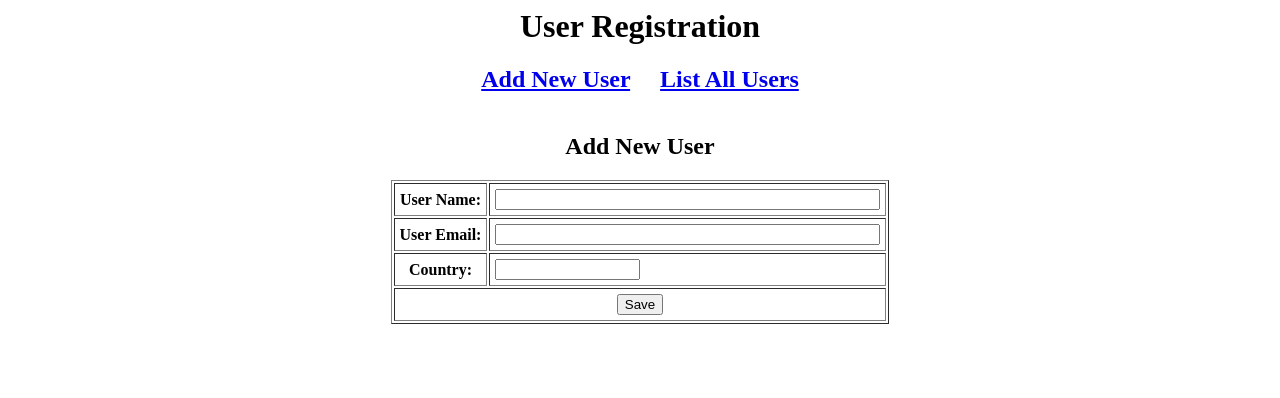
Repository: Malli120391/servlet-tutorial-master
Page: http://localhost/user-registration-example/new
These files come from the project's save history. The page is drawn as it stood at one moment and after the next save; the edit follows.
The browser window is 1280 px wide. The pictures show the whole page.
The page is served by Tomcat 9. Other server files are loaded and not shown.

Above is the page before, as saved 2020-08-23 04:44:50.

### user-registration-example/WebContent/user-form.jsp
<%@ page language="java" contentType="text/html; charset=UTF-8"
    pageEncoding="UTF-8"%>
<%@ taglib uri="http://java.sun.com/jsp/jstl/core" prefix="c" %>
<html>
<head>
	<title>User Registration Application</title>
</head>
<body>
	<center>
		<h1>User Registration</h1>
        <h2>
        	<a href="new">Add New User</a>
        	&nbsp;&nbsp;&nbsp;
        	<a href="list">List All Users</a>

        </h2>
	</center>
    <div align="center">
		<c:if test="${user != null}">
			<form action="update" method="post">
        </c:if>
        <c:if test="${user == null}">
			<form action="insert" method="post">
        </c:if>
        <table border="1" cellpadding="5">
            <caption>
            	<h2>
            		<c:if test="${user != null}">
            			Edit User
            		</c:if>
            		<c:if test="${user == null}">
            			Add New User
            		</c:if>
            	</h2>
            </caption>
        		<c:if test="${user != null}">
        			<input type="hidden" name="id" value="<c:out value='${user.id}' />" />
        		</c:if>
            <tr>
                <th>User Name: </th>
                <td>
                	<input type="text" name="name" size="45"
                			value="<c:out value='${user.name}' />"
                		/>
                </td>
            </tr>
            <tr>
                <th>User Email: </th>
                <td>
                	<input type="text" name="email" size="45"
                			value="<c:out value='${user.email}' />"
                	/>
                </td>
            </tr>
            <tr>
                <th>Country: </th>
                <td>
                	<input type="text" name="country" size="15"
                			value="<c:out value='${user.country}' />"
                	/>
                </td>
            </tr>
            <tr>
            	<td colspan="2" align="center">
            		<input type="submit" value="Save" />
            	</td>
            </tr>
        </table>
        </form>
    </div>
</body>
</html>

### user-registration-example/src/net/javaguides/usermanagement/web/UserServlet.java
package net.javaguides.usermanagement.web;

import java.io.IOException;
import java.sql.SQLException;
import java.util.List;

import javax.servlet.RequestDispatcher;
import javax.servlet.ServletException;
import javax.servlet.annotation.WebServlet;
import javax.servlet.http.HttpServlet;
import javax.servlet.http.HttpServletRequest;
import javax.servlet.http.HttpServletResponse;

import net.javaguides.usermanagement.dao.UserDAO;
import net.javaguides.usermanagement.model.User;



@WebServlet("/")
public class UserServlet extends HttpServlet {
	private static final long serialVersionUID = 1L;
	private UserDAO userDAO;

	public void init() {
		userDAO = new UserDAO();
	}

	protected void doPost(HttpServletRequest request, HttpServletResponse response)
			throws ServletException, IOException {
		doGet(request, response);
	}

	protected void doGet(HttpServletRequest request, HttpServletResponse response)
			throws ServletException, IOException {
		String action = request.getServletPath();

		try {
			switch (action) {
			case "/new":
				showNewForm(request, response);
				break;
			case "/insert":
				insertUser(request, response);
				break;
			case "/delete":
				deleteUser(request, response);
				break;
			case "/edit":
				showEditForm(request, response);
				break;
			case "/update":
				updateUser(request, response);
				break;
			default:
				listUser(request, response);
				break;
			}
		} catch (SQLException ex) {
			throw new ServletException(ex);
		}
	}

	private void listUser(HttpServletRequest request, HttpServletResponse response)
			throws SQLException, IOException, ServletException {
		List<User> listUser = userDAO.selectAllUsers();
		request.setAttribute("listUser", listUser);
		RequestDispatcher dispatcher = request.getRequestDispatcher("user-list.jsp");
		dispatcher.forward(request, response);
	}

	private void showNewForm(HttpServletRequest request, HttpServletResponse response)
			throws ServletException, IOException {
		RequestDispatcher dispatcher = request.getRequestDispatcher("user-form.jsp");
		dispatcher.forward(request, response);
	}

	private void showEditForm(HttpServletRequest request, HttpServletResponse response)
			throws SQLException, ServletException, IOException {
		int id = Integer.parseInt(request.getParameter("id"));
		User existingUser = userDAO.selectUser(id);
		RequestDispatcher dispatcher = request.getRequestDispatcher("user-form.jsp");
		request.setAttribute("user", existingUser);
		dispatcher.forward(request, response);

	}

	private void insertUser(HttpServletRequest request, HttpServletResponse response)
			throws SQLException, IOException {
		String name = request.getParameter("name");
		String email = request.getParameter("email");
		String country = request.getParameter("country");
		String phonenumber = request.getParameter("phonenumber");
		User newUser = new User(name, email, country, phonenumber);
		userDAO.insertUser(newUser);
		response.sendRedirect("list");
	}

	private void updateUser(HttpServletRequest request, HttpServletResponse response)
			throws SQLException, IOException {
		int id = Integer.parseInt(request.getParameter("id"));
		String name = request.getParameter("name");
		String email = request.getParameter("email");
		String country = request.getParameter("country");
        String phonenumber = request.getParameter("phonenumber");
		User book = new User(id, name, email, country, phonenumber);
		userDAO.updateUser(book);
		response.sendRedirect("list");
	}

	private void deleteUser(HttpServletRequest request, HttpServletResponse response)
			throws SQLException, IOException {
		int id = Integer.parseInt(request.getParameter("id"));
		userDAO.deleteUser(id);
		response.sendRedirect("list");
	}
}

After the next save:
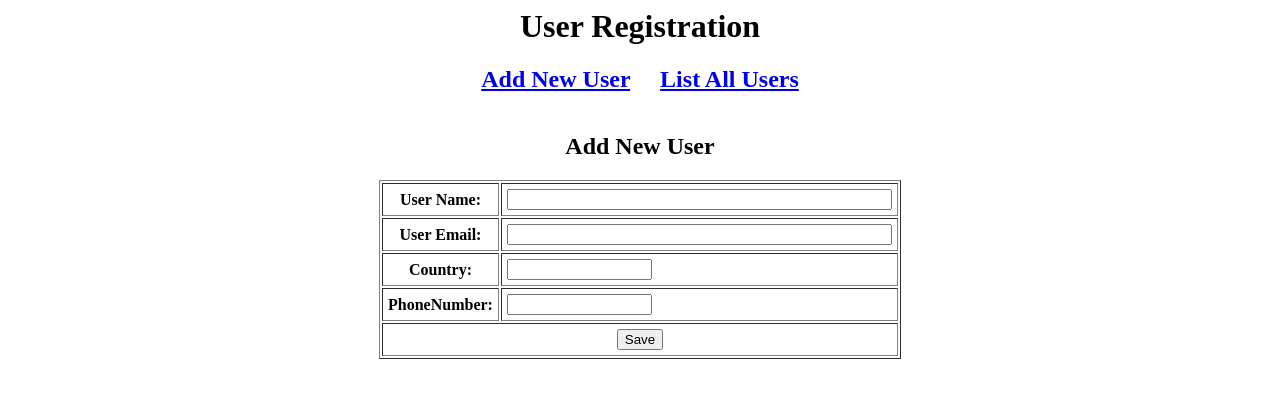
Saved 60 s later.
--- a/user-registration-example/WebContent/user-form.jsp
+++ b/user-registration-example/WebContent/user-form.jsp
@@ -61,6 +61,14 @@
                 </td>
             </tr>
             <tr>
+                <th>PhoneNumber: </th>
+                <td>
+                	<input type="text" name="country" size="15"
+                			value="<c:out value='${user.country}' />"
+                	/>
+                </td>
+            </tr>
+            <tr>
             	<td colspan="2" align="center">
             		<input type="submit" value="Save" />
             	</td>
